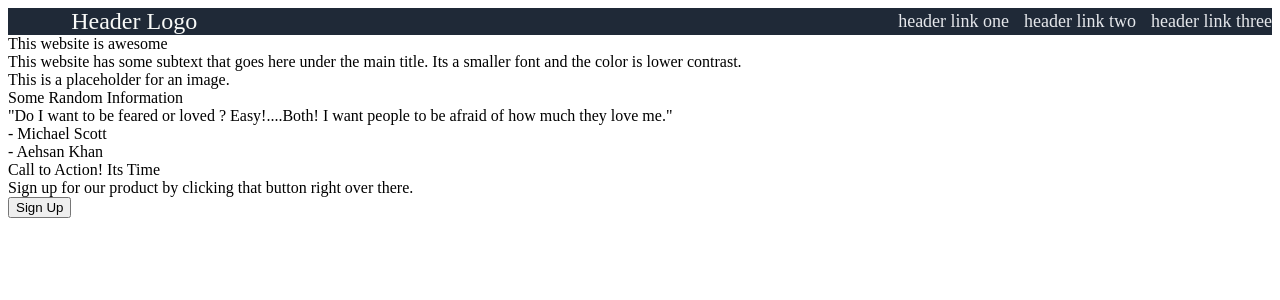
Repository: Aehsan4004/odinlandpage
Page: index.html
The author's editor kept a copy of each file at every save. The page is drawn from the files as they stood at one save, then again after the next save.
The browser window is 1280 px wide. The pictures show the whole page.

Above is the page before, as saved 2025-02-10 09:22:39.

### index.html
<!DOCTYPE html>
<html lang="en">
<head>
    <meta charset="UTF-8">
    <meta name="viewport" content="width=device-width, initial-scale=1.0">
    <title>Odin Project Landing Page</title>
    <link rel="stylesheet" href="styles.css">
</head>
<body>
    <div class="one">
        <div class="logo">
            Header Logo
        </div>
        <div class="head-links">
            <ul>
                <li>header link one</li>
                <li>header link two</li>
                <li>header link three</li>
            </ul>
        </div>
    </div>

    <div class="two">
        <div class="left-box">
            <div class="title">
                This website is awesome
            </div>

            <div class="content">
                This website has some subtext that goes here under the main title. Its a smaller font and the color is lower contrast.
            </div>

        </div>
        <div class="right-box">
            This is a placeholder for an image.
        </div>

    </div>

    <div class="three">
        <div class="opt-head">
            Some Random Information
        </div>
        <div class="menu-box">
            <div class="box" id="1"></div>
            <div class="box" id="2"></div>
            <div class="box" id="3"></div>
            <div class="box" id="4"></div>
        </div>

    </div>

    <div class="four">
        <div class="quote">
            "Do I want to be feared or loved ?
             Easy!....Both!
             I want people to be afraid of how much they love me."
        </div>
        <div class="quoter"> - Michael Scott</div>
        <div class="requoter"> - Aehsan Khan</div>
    </div>

    <div class="five">
        <div class="foot-box">
            <div class="call2act">
                <div class="main"> Call to Action! Its Time</div>
                <div class="supp">Sign up for our product by clicking that button right over there.</div>
            </div>
            <button class="signup-btn">Sign Up</button>
        </div>

    </div>
</body>
</html>

### styles.css
body {
    display: flex;
    flex-direction: column;
    /* flex: 1 1 100%; */
    /* min-height: 100%; */
    /* align-items: center; */
    justify-content: center;
}

.one {
    display: flex;
    justify-content: space-between;
    align-items: center;
    background-color: #1f2937;
}

.logo {
    font-size: 24px;
    color: #f9faf8;
    margin-left: 5%;
}

.head-links {
    color: #e5e7eb;
    font-size: 18px;
    /* margin: 15px; */
}

ul {
    list-style: none;  /* Removes bullet points */
    padding: 0;
    margin: 0;
    display: flex;  /* Makes list items appear in a row */
    gap: 15px;  /* Adds spacing between items */
}

After the next save:
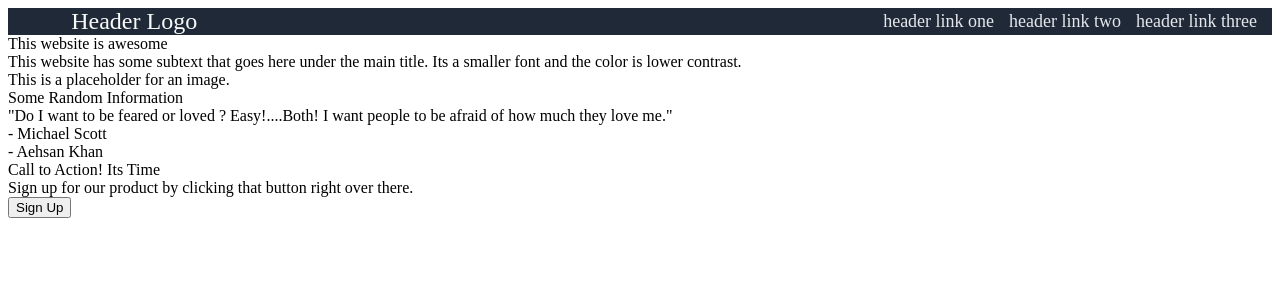
Saved 63 s later.
--- a/styles.css
+++ b/styles.css
@@ -32,4 +32,5 @@ ul {
     margin: 0;
     display: flex;  /* Makes list items appear in a row */
     gap: 15px;  /* Adds spacing between items */
+    margin-right: 15px;
 }
